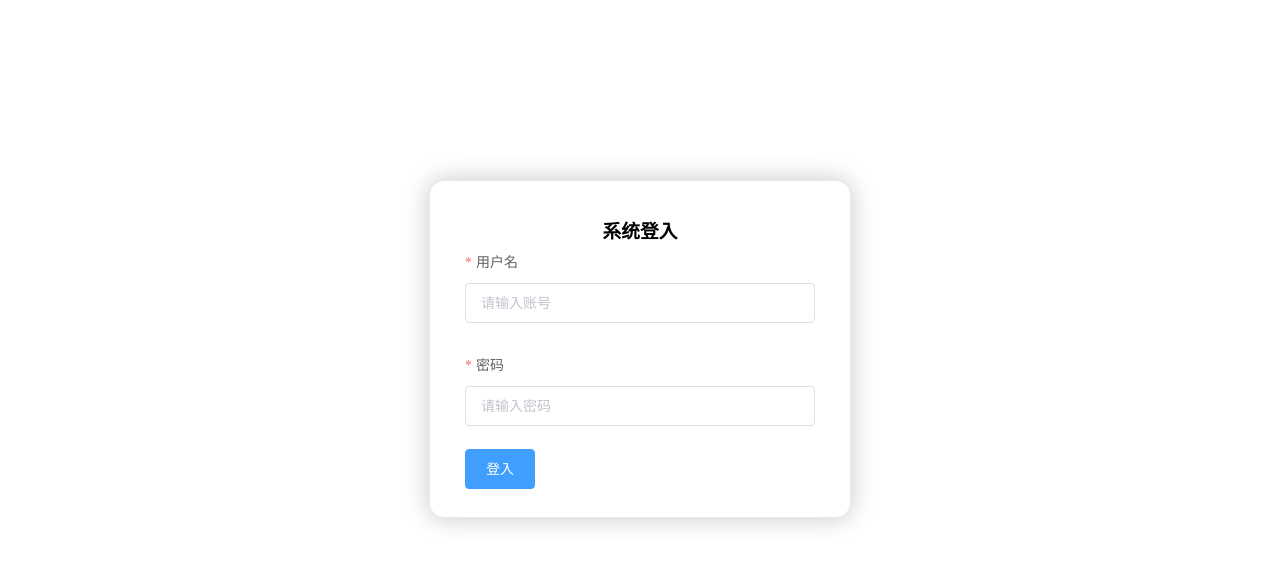
Repository: ldqml/ldqml.github.io
Page: /#/login
These files come from the project's save history. The page is drawn as it stood at one moment and after the next save; the edit follows.
The browser window is 1280 px wide. The pictures show the whole page.
The project was rebuilt for these pictures with package versions that can differ from the ones it lists, and the page was loaded fresh each time. Also part of the build but not shown: vue.config.js, src/api/request.js, src/api/index.js, src/views/User.vue, src/views/Home.vue, src/components/ComAside.vue, src/components/ComHeader.vue, src/components/CommonTag.vue and 4 more.

Above is the page before, as saved 2022-11-12 13:11:37.

After the next save:
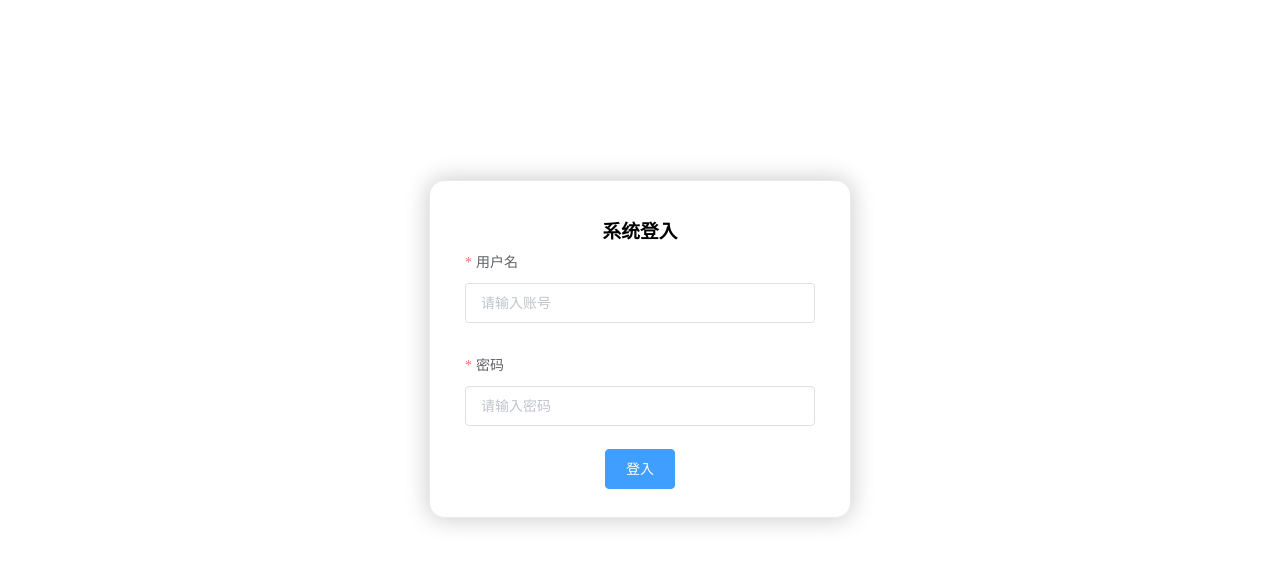
Saved 12 s later.
--- a/src/views/Login.vue
+++ b/src/views/Login.vue
@@ -46,5 +46,8 @@ export default {
     .login_title{
         text-align: center;
     }
+    .bt{
+        text-align: center;
+    }
 }
 </style>
